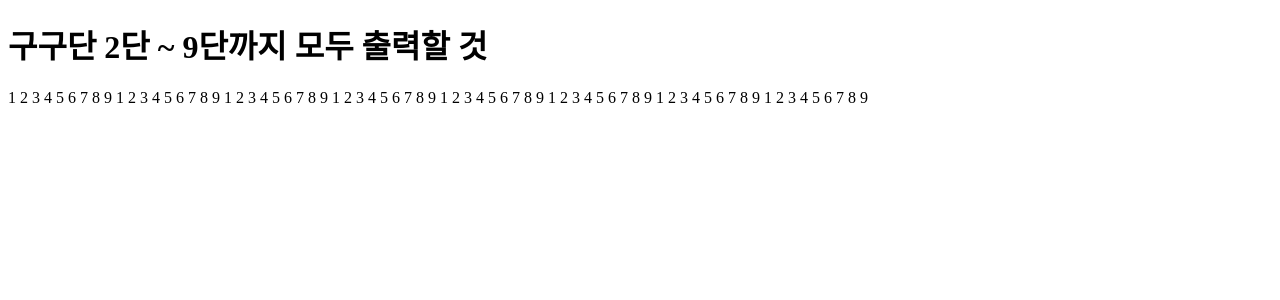
Repository: junirang330/Jsp2026
Page: http://localhost/chapter01/test02.jsp
These files come from the project's save history. The page is drawn as it stood at one moment and after the next save; the edit follows.
The browser window is 1280 px wide. The pictures show the whole page.
The page is served by Tomcat 9.

Above is the page before, as saved 2026-10-16 02:35:02.

After the next save:
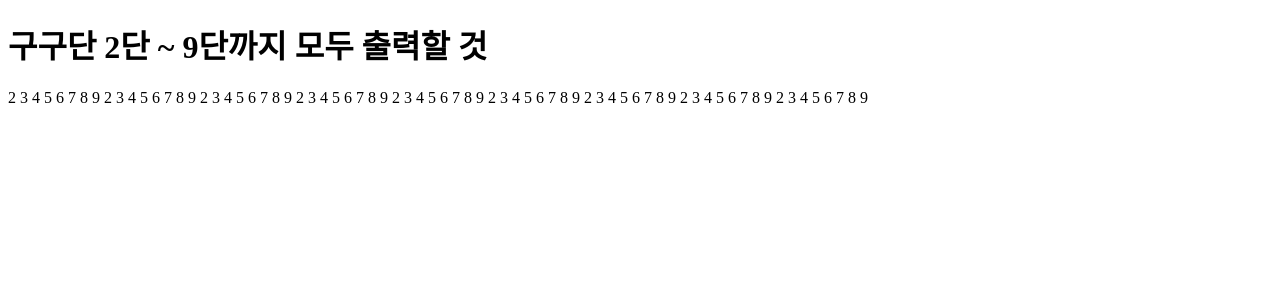
Saved 11 s later.
--- a/chapter01/src/main/webapp/test02.jsp
+++ b/chapter01/src/main/webapp/test02.jsp
@@ -10,9 +10,9 @@
 	<h1>구구단 2단 ~ 9단까지 모두 출력할 것</h1>
 	<%
 		  // int num = 1;
-		for(int i = 2; i<=9; i++){
+		for(int i = 1; i<=9; i++){
 			 int num = 1;
-			for(int j = 1; j<=9; j++){
+			for(int j = 2; j<=9; j++){
 	%>
 	<%=j * num %>
 	<%

After the save that followed:
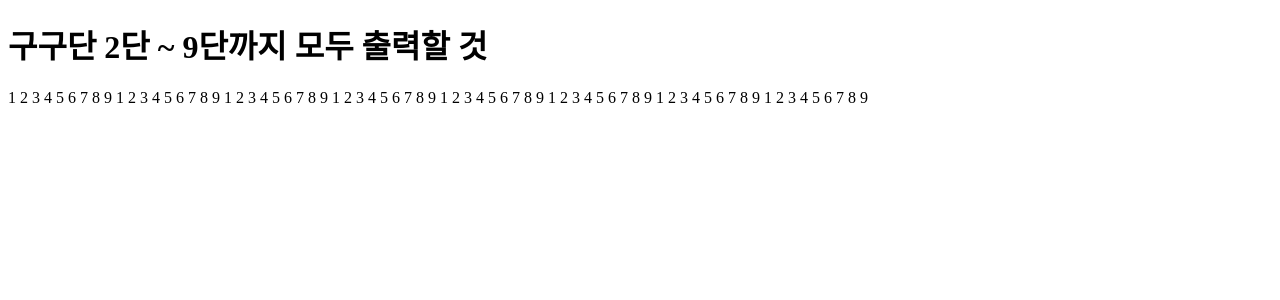
Saved 19 s later.
--- a/chapter01/src/main/webapp/test02.jsp
+++ b/chapter01/src/main/webapp/test02.jsp
@@ -10,9 +10,9 @@
 	<h1>구구단 2단 ~ 9단까지 모두 출력할 것</h1>
 	<%
 		  // int num = 1;
-		for(int i = 1; i<=9; i++){
+		for(int i = 2; i<=9; i++){
 			 int num = 1;
-			for(int j = 2; j<=9; j++){
+			for(int j = 1; j<=9; j++){
 	%>
 	<%=j * num %>
 	<%
